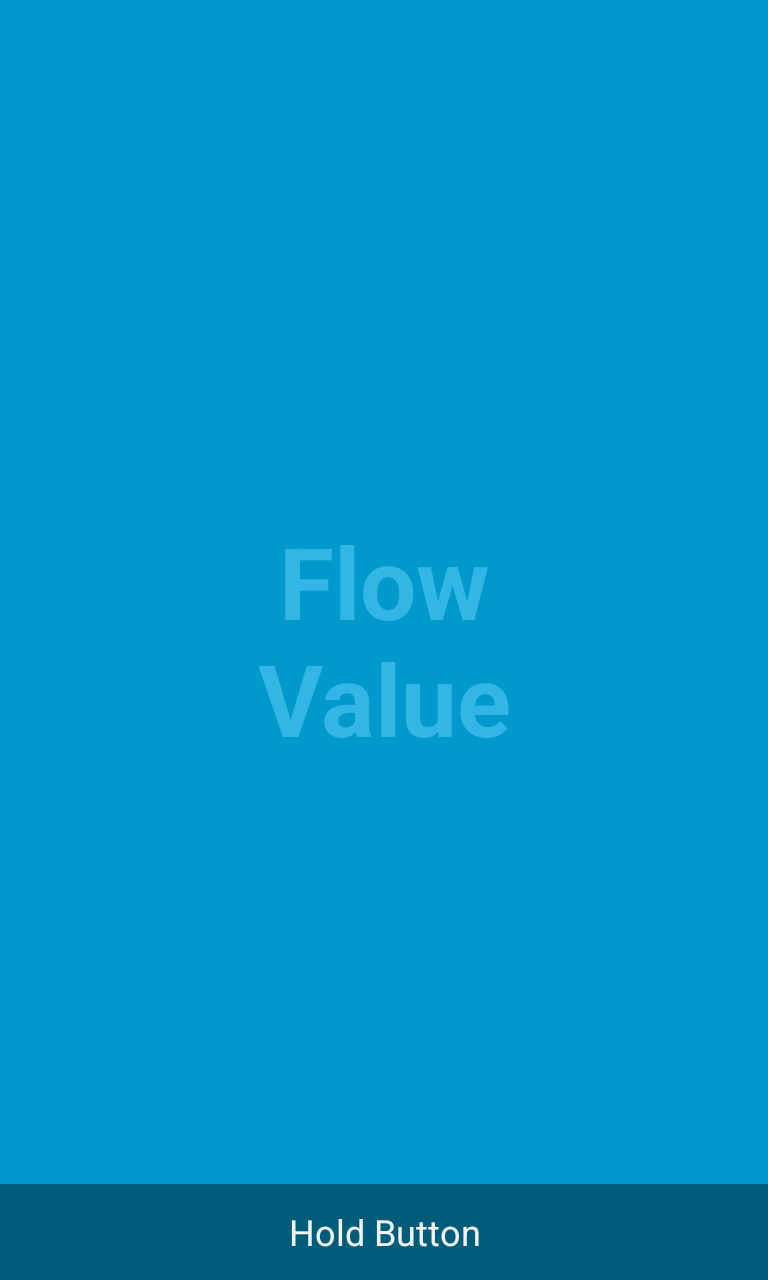
Repository: EmilyBMEDesign/DESIGN
Layout: workspace/Development/PeakExpiratoryFlowMeter/res/layout/activity_fullscreen.xml
These files come from the project's save history. The layout is drawn as it stood at one moment and after the next save; the edit follows.
It is drawn on a 768 x 1280 px phone screen (xhdpi) without system bars, with theme FullscreenTheme; the app's code is not run.

Above is the layout before, as saved 2013-09-29 18:03:14.

After the next save:
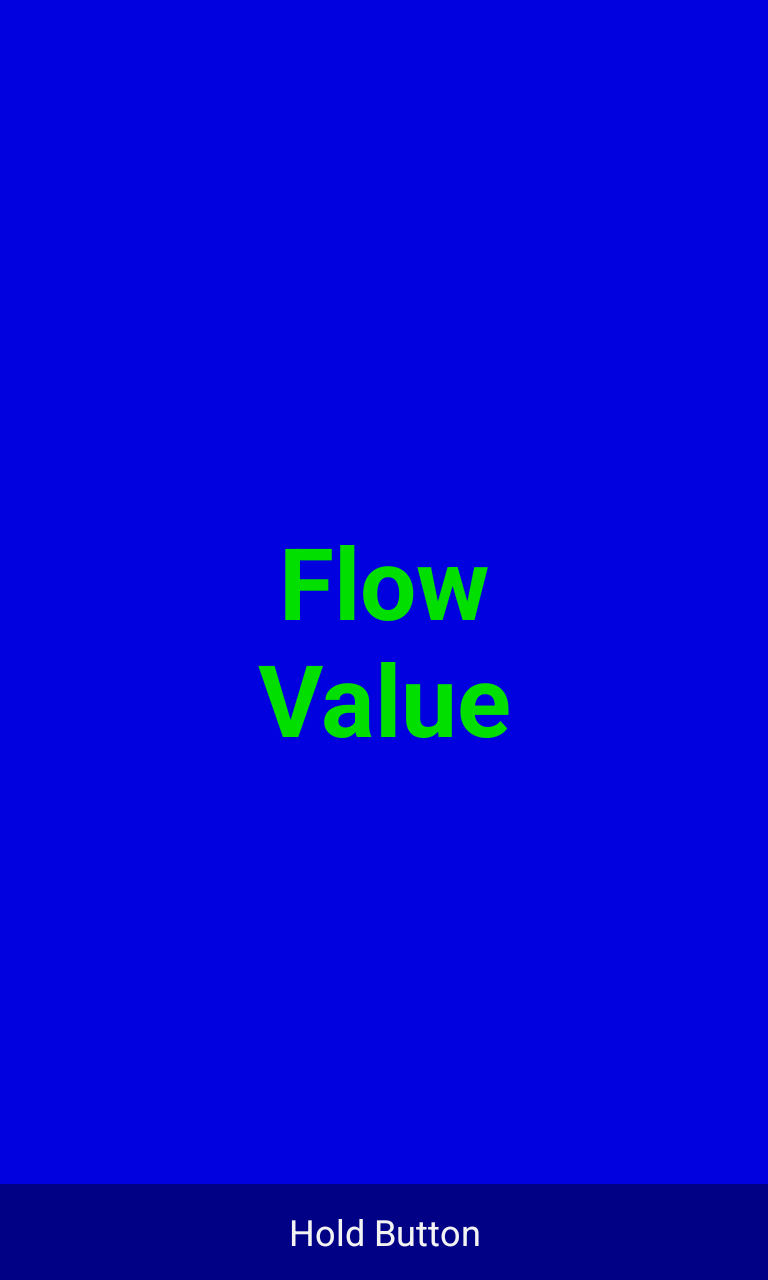
Saved 6 min 34 s later.
--- a/workspace/Development/PeakExpiratoryFlowMeter/res/layout/activity_fullscreen.xml
+++ b/workspace/Development/PeakExpiratoryFlowMeter/res/layout/activity_fullscreen.xml
@@ -2,7 +2,7 @@
     xmlns:tools="http://schemas.android.com/tools"
     android:layout_width="match_parent"
     android:layout_height="match_parent"
-    android:background="#0099cc"
+    android:background="#0101DF"
     tools:context=".FullscreenActivity" >
 
     <!--
@@ -18,7 +18,7 @@
         android:gravity="center"
         android:keepScreenOn="true"
         android:text="@string/flow_value"
-        android:textColor="#33b5e5"
+        android:textColor="#01DF01"
         android:textSize="50sp"
         android:textStyle="bold" />
 
@@ -48,7 +48,7 @@
                 android:layout_width="0dp"
                 android:layout_height="wrap_content"
                 android:layout_weight="1"
-                android:text="@string/hold_button" />
+                android:text="@string/hold_button"/>
         </LinearLayout>
     </FrameLayout>
 
